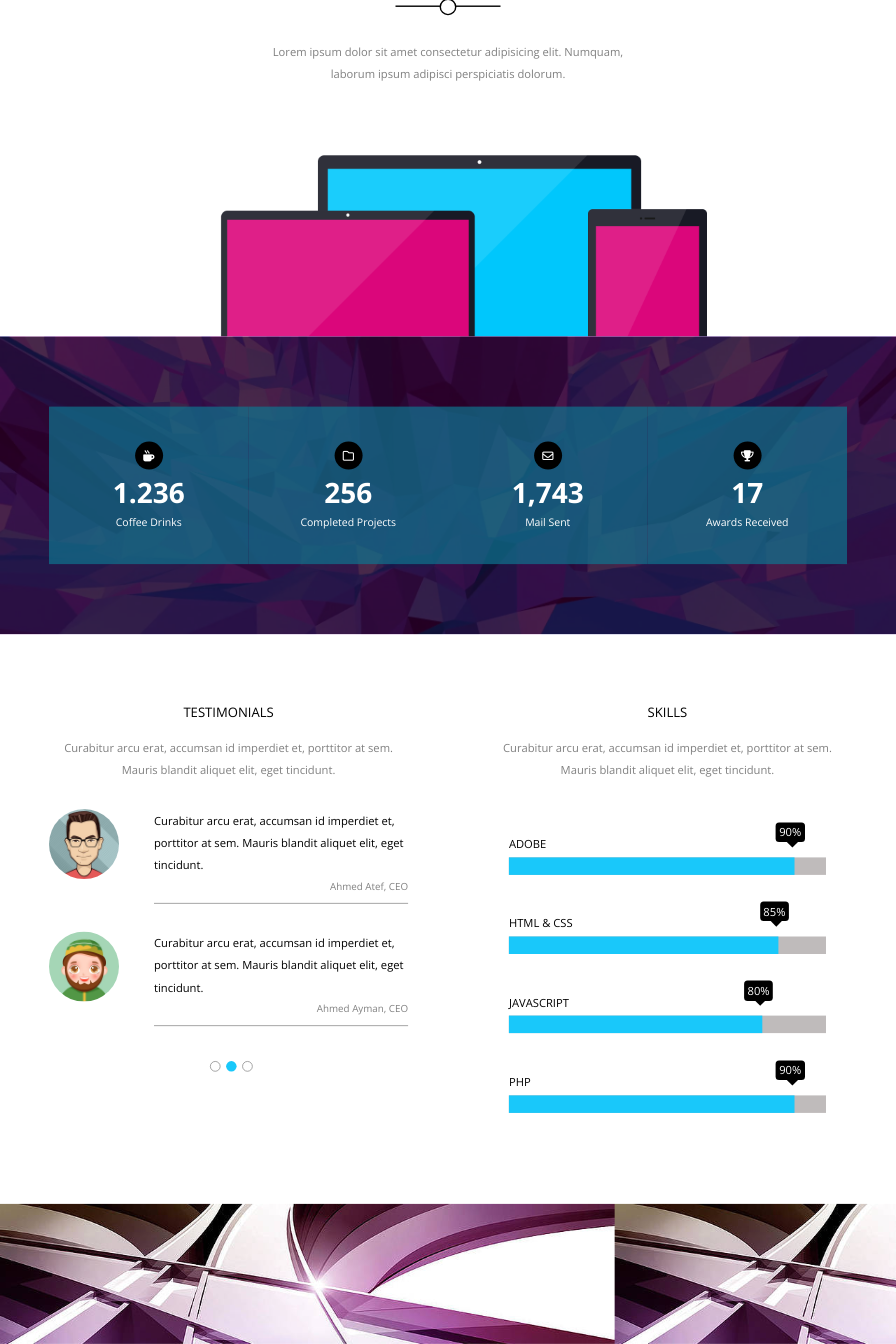
Repository: Ahmed123rezk123/Template_2
Page: index.html
An editor plug-in stored every save of this project. The page is shown before and after a run of saves, followed by the edit.
The browser window is 1280 px wide. The pictures show the part of the page from y = 4147 to 6067 px (the page is 6067 px tall), at 70% of full size.
A picture or video elsewhere on the page could not be fetched, so the positions and the page height are approximate. Some web fonts or font styles are not loaded; a fallback is used.

Above is the page before, as saved 2024-04-15 19:24:15.

After the next 2 saves:
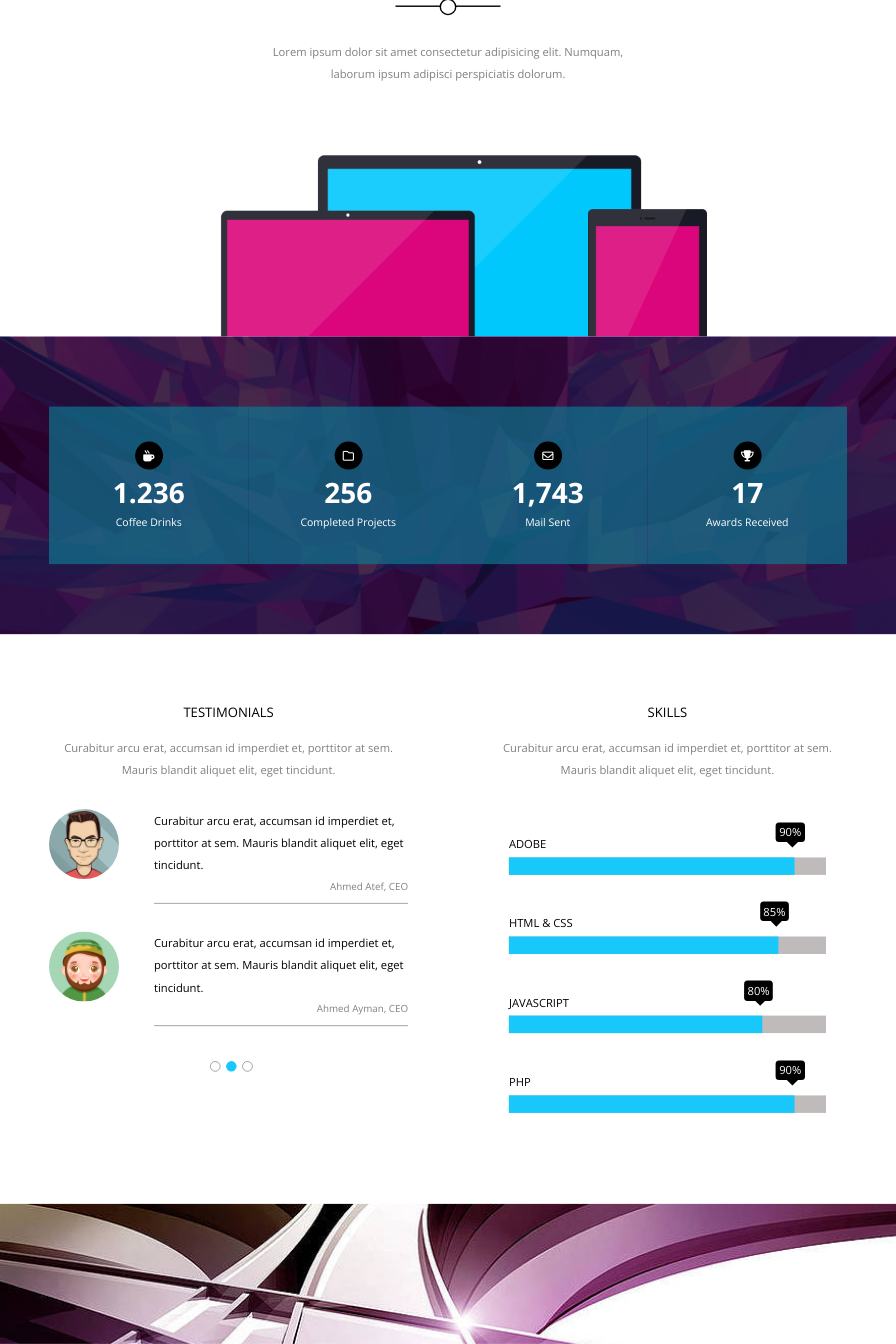
The 2 saves are shown as one change because they came seconds apart.
The last was saved 6 s later.
--- a/css/kasper.css
+++ b/css/kasper.css
@@ -797,6 +797,6 @@ margin-right: 50px;
     padding-top: var(--section-padding);
     padding-bottom: var(--section-padding);
 background-image: url(/images/quote.jpg);
-ba
+background-size: cover;
 }
 /* End Quote */
